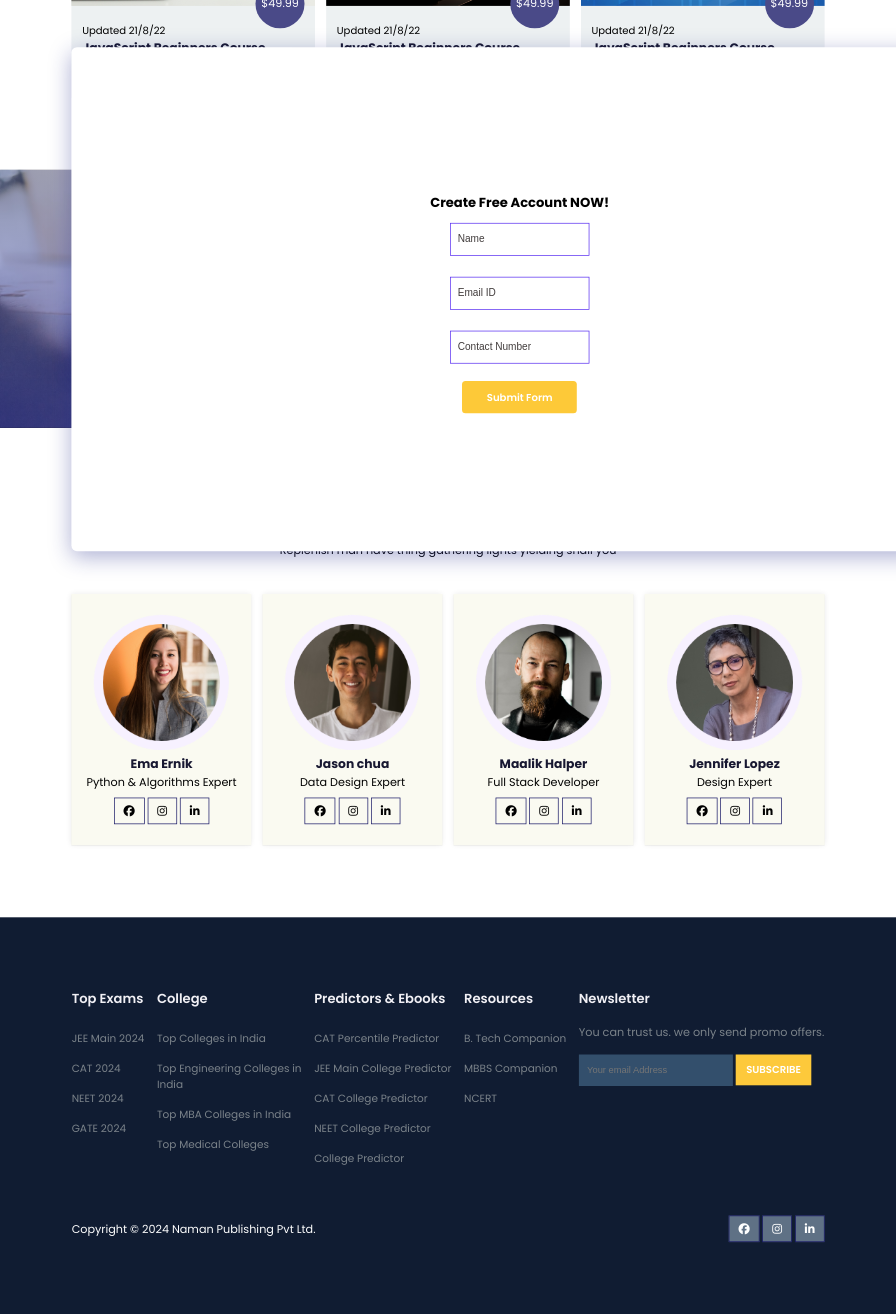
Repository: NamanSahu09/VidyaPreet-Ed-Tech-Website
Page: index.html
These files come from the project's save history. The page is drawn as it stood at one moment and after a run of saves; the edit follows.
The browser window is 1280 px wide. The pictures show the part of the page from y = 1849 to 3769 px (the page is 3726 px tall before and 3769 px after), at 70% of full size.
Some web libraries are served in a nearby version.

Above is the page before, as saved 2024-04-11 16:00:30.

### index.html
<!DOCTYPE html>
<html lang="en">
<head>
	<meta charset="UTF-8">
	<meta name="viewport" content="width=device-width, initial-scale=1.0">
	<title>VidyaPeeth</title>

	<!-- font Awesome CDN link -->
	<link rel="stylesheet" href="https://cdnjs.cloudflare.com/ajax/libs/font-awesome/6.1.1/css/all.min.css" />

	<!-- External CSS -->
	<link rel="stylesheet" href="style.css">

	<!-- JQuery CDN link -->
	<script src="https://code.jquery.com/jquery-3.6.0.min.js" integrity="sha256-/xUj+3OJU5yExlq6GSYGSHk7tPXikynS7ogEvDej/m4=" crossorigin="anonymous"></script>


	<!-- Awesome Font -->
	<script src="https://kit.fontawesome.com/fec0f6ecb6.js" crossorigin="anonymous"></script>







</head>
<body>
	<!-- Navigation start -->
	<nav>
		<img src="img/Vidya peeth.png" class="logo" alt="" height="70px"  width="250px"/>

		<div class="navigation">
			<ul>
				<i id="menu-close" class="fas fa-times"></i>
				<li><a href="index.html" class="active">Home</a></li>
				<li><a href="about.html">About Us</a></li>
				<li><a href="blog.html">Blog</a></li>
				<!-- <li><a href="courses.html">Courses</a></li> -->
				<li><a href="contact.html">Contact</a></li>
				<li><a href="#">
					<i class="far fa-user"></i>
					</a>
				</li>


			</ul>

			<img src="img/menu.png" id="menu-btn" alt="">
		</div>
	</nav>
	<!-- Navigation ends -->



  <!-- login sign-up-form -->

  <div class="form">
    <!-- login -->
    <div class="login-form">

      <!-- cancel-btn -->

      <a href="#" class="form-cancel">
        <i class="fas fa-times"></i>
      </a>


      <strong>Log In</strong>
      <!-- inputs -->
      <form >
        <input type="email" placeholder="Example@gmail.com" name="email" required>
        <input type="password" placeholder="Password" name="password" required>
        <!-- submit-btn -->
        <input type="submit" value="Log In">
      </form>

      <!-- Forget-and-signup -->
      <div class="form-btns">
          <a href="#" class="forget">Forget Your Password?</a>
          <a href="#" class="sign-up-btn">Create Account</a>
    </div>

    </div>




     <!-- Sign Up -->
     <div class="sign-up-form">

      <!-- cancel-btn -->

      <a href="#" class="form-cancel">
        <i class="fas fa-times"></i>
      </a>


      <strong>Sign In</strong>
      <!-- inputs -->
      <form >
        <input type="text" placeholder="Full Name" name="fullname" required>
        <input type="email" placeholder="Example@gmail.com" name="email" required>
        <input type="password" placeholder="Password" name="password" required>
        <!-- submit-btn -->
        <input type="submit" value="Sign Up">
      </form>

      <!-- Forget-and-signup -->
      <div class="form-btns">
          <a href="#" class="already-acount">Already have Account?</a>
    </div>

    </div>

  </div>


















	<!-- Hero section starts from here -->
	<section id="home">
			<div class="search-box">
				<div class="row">
					<input type="text" id="input-box" placeholder="Search Colleges" autocomplete="off">
					<button class="search"><i class="fa-solid fa-magnifying-glass"></i></button>
				</div>
				<div class="result-box">

				</div>
			</div>



		<h2>
			Enhance Your Future With VidyaPeeth
		</h2>
		<p>
			Lorem ipsum dolor sit amet consectetur adipisicing elit. Reiciendis, ipsum laboriosam architecto tempora explicabo ratione pariatur accusantium consequatur sed odit?
		</p>
		<div class="btn">
			<a href="#" class="blue">Learn More</a>
			<a href="#" class="yellow">Visit Courses</a>
		</div>
	</section>
	<!-- Hero section ends from here -->


	<!-- Features section starts from here -->
	<section id="features">
		<h1>A Career is a life</h1>
		<p> <b align="center"> <font size="4.5"> Counselling</b></font><br>
			We ease your biggest doubts with personalized Video Counselling from our
			Curated Experts and Answers from the student community

		</p>

		<div class="fea-base">
			<div class="fea-box">
				<i class="fas fa-graduation-cap"></i>
				<h3>Scholarship Facility</h3>
				<p>
					One make creepeth, man bearing theira firmament won't great heaven
				</p>
			</div>

			<div class="fea-box">
				<i class="fa-solid fa-book-bookmark"></i>
				<h3>Dell Online Course</h3>
				<p>
					One make creepeth, man bearing theira firmament won't great heaven
				</p>
			</div>

			<div class="fea-box">
				<i class="fas fa-award"></i>
				<h3>Global Certification</h3>
				<p>
					One make creepeth, man bearing theira firmament won't great heaven
				</p>
			</div>
		</div>
	</section>
	<!-- Features section ends from here -->








	<!-- Courses section starts from here -->
	<section id="course">
		<h1>Our Popular Colleges</h1>
		<p>Replenish man have thing gathering lights yielding shall you</p>

		<div class="course-box">
			<div class="courses">
				<img src="Colleges/soa.jpg" alt="">
				<div class="details">
					<span>Updated 21/8/22</span>
					<h6>SOA University</h6>

					<div class="star">
						<i class="fa-solid fa-star"></i>
						<i class="fa-solid fa-star"></i>
						<i class="fa-solid fa-star"></i>
						<i class="fa-solid fa-star"></i>


						<span>(239)</span>
					</div>
					<button onclick="location.href='https://www.soa.ac.in/'" class="apply-btn"> Visit Now </button>
				</div>
				<div class="cost">14 Lakhs</div>
			</div>

			<div class="courses">
				<img src="Colleges/kiit-uni.jpg" alt="">
				<div class="details">
					<span>Updated 21/8/22</span>
					<h6>KIIT University</h6>

					<div class="star">
						<i class="fa-solid fa-star"></i>
						<i class="fa-solid fa-star"></i>
						<i class="fa-solid fa-star"></i>
						<i class="fa-solid fa-star"></i>
						<i class="fa-solid fa-star"></i>

						<span>(1200)</span>
					</div>
					<button onclick="location.href='https://kiit.ac.in/'" class="apply-btn"> Visit Now </button>
				</div>
				<div class="cost">18 Lakhs</div>


			</div>

			<div class="courses">
				<img src="img/c3.jpg" alt="">
				<div class="details">
					<span>Updated 21/8/22</span>
					<h6>JavaScript Beginners Course</h6>

					<div class="star">
						<i class="fa-solid fa-star"></i>
						<i class="fa-solid fa-star"></i>
						<i class="fa-solid fa-star"></i>
						<i class="fa-solid fa-star"></i>
						<i class="fa-solid fa-star"></i>

						<span>(239)</span>
					</div>
				</div>
				<div class="cost">$49.99</div>
			</div>

			<div class="courses">
				<img src="img/c4.jpg" alt="">
				<div class="details">
					<span>Updated 21/8/22</span>
					<h6>JavaScript Beginners Course</h6>

					<div class="star">
						<i class="fa-solid fa-star"></i>
						<i class="fa-solid fa-star"></i>
						<i class="fa-solid fa-star"></i>
						<i class="fa-solid fa-star"></i>
						<i class="fa-solid fa-star"></i>

						<span>(239)</span>
					</div>
				</div>
				<div class="cost">$49.99</div>
			</div>

			<div class="courses">
				<img src="img/c5.jpg" alt="">
				<div class="details">
					<span>Updated 21/8/22</span>
					<h6>JavaScript Beginners Course</h6>

					<div class="star">
						<i class="fa-solid fa-star"></i>
						<i class="fa-solid fa-star"></i>
						<i class="fa-solid fa-star"></i>
						<i class="fa-solid fa-star"></i>
						<i class="fa-solid fa-star"></i>

						<span>(239)</span>
					</div>
				</div>
				<div class="cost">$49.99</div>
			</div>

			<div class="courses">
				<img src="img/c6.jpg" alt="">
				<div class="details">
					<span>Updated 21/8/22</span>
					<h6>JavaScript Beginners Course</h6>

					<div class="star">
						<i class="fa-solid fa-star"></i>
						<i class="fa-solid fa-star"></i>
						<i class="fa-solid fa-star"></i>
						<i class="fa-solid fa-star"></i>
						<i class="fa-solid fa-star"></i>

						<span>(239)</span>
					</div>
				</div>
				<div class="cost">$49.99</div>
			</div>
		</div>
	</section>
	<!-- Courses section ends from here -->


	<!-- Registration section starts from here -->
	<section id="registration">
		<div class="reminder">
			<p>Get 100 Online Courses for Free</p>
			<h1>Registration To Get It</h1>

			<div class="time">
				<div class="date">18 <br> Days</div>
				<div class="date">23 <br> Hours</div>
				<div class="date">06 <br> Minutes</div>
				<div class="date">58 <br> Seconds</div>
			</div>
		</div>

		<div class="form">
			<h3>Create Free Account NOW!</h3>

			<input type="text" placeholder="Name" name="" id="">
			<input type="email" placeholder="Email ID" name="" id="">
			<input type="text" placeholder="Contact Number" name="" id="">

			<div class="btn">
				<a href="#" class="yellow">Submit Form</a>
			</div>
		</div>
	</section>
	<!-- Registration section ends from here -->


	<!-- Experts section starts from here -->
	<section id="experts">
		<h1>Community Experts</h1>
		<p>Replenish man have thing gathering lights yielding shall you</p>
		<div class="expert-box">
			<div class="profile">
				<img src="img/pro1.webp" alt="">
				<h6>Ema Ernik</h6>
				<p>Python & Algorithms Expert</p>
				<div class="pro-links">
					<i class="fab fa-facebook"></i>
					<i class="fab fa-instagram"></i>
					<i class="fab fa-linkedin-in"></i>
				</div>
			</div>

			<div class="profile">
				<img src="img/pro2.webp" alt="">
				<h6>Jason chua</h6>
				<p>Data Design Expert</p>
				<div class="pro-links">
					<i class="fab fa-facebook"></i>
					<i class="fab fa-instagram"></i>
					<i class="fab fa-linkedin-in"></i>
				</div>
			</div>

			<div class="profile">
				<img src="img/pro3.webp" alt="">
				<h6>Maalik Halper</h6>
				<p>Full Stack Developer</p>
				<div class="pro-links">
					<i class="fab fa-facebook"></i>
					<i class="fab fa-instagram"></i>
					<i class="fab fa-linkedin-in"></i>
				</div>
			</div>

			<div class="profile">
				<img src="img/pro4.webp" alt="">
				<h6>Jennifer Lopez</h6>
				<p>Design Expert</p>
				<div class="pro-links">
					<i class="fab fa-facebook"></i>
					<i class="fab fa-instagram"></i>
					<i class="fab fa-linkedin-in"></i>
				</div>
			</div>
		</div>
	</section>
	<!-- Experts section ends from here -->

	<!-- Footer section starts from here -->
	<footer>
		<div class="footer-col">
			<h3>Top Exams</h3>
			<li>JEE Main 2024</li>
			<li>CAT 2024</li>
			<li>NEET 2024</li>
			<li>GATE 2024</li>

		</div>

		<div class="footer-col">
			<h3>College</h3>
			<li>Top Colleges in India</li>
			<li>Top Engineering Colleges in <br>India</li>
			<li>Top MBA Colleges in India</li>
			<li>Top Medical Colleges</li>
		</div>

		<div class="footer-col">
			<h3>Predictors & Ebooks</h3>
			<li>CAT Percentile Predictor</li>
			<li>JEE Main College Predictor</li>
			<li>CAT College Predictor</li>
			<li>NEET College Predictor</li>
			<li>College Predictor</li>
		</div>

		<div class="footer-col">
			<h3>Resources</h3>
			<li>B. Tech Companion</li>
			<li>MBBS Companion</li>
			<li>NCERT</li>
			<li></li>
		</div>

		<div class="footer-col">
			<h3>Newsletter</h3>
			<p>You can trust us. we only send promo offers.</p>

			<div class="subscribe">
				<input type="email" placeholder="Your email Address">
				<a href="#" class="yellow">SUBSCRIBE</a>
			</div>
		</div>

		<div class="copyright">
			<p align="center">
				Copyright &copy; 2024 Naman Publishing Pvt Ltd.
			</p>
			<div class="pro-links">
				<i class="fab fa-facebook"></i>
				<i class="fab fa-instagram"></i>
				<i class="fab fa-linkedin-in"></i>
			</div>
		</div>
	</footer>
	<!-- Footer section ends from here -->

	<script>
		// Show menu links on burger click
		$('#menu-btn').click(function(){
			$('nav .navigation ul').addClass('active')
		});

		// Hide navbar on click function
		$('#menu-close').click(function(){
			$('nav .navigation ul').removeClass('active')
		});

 /*---For Login and Sign-up----------------------------*/

 $(document).on('click', '.far.fa-user', function(){
    $('.form').addClass('login-active').removeClass('sign-up-active');
});

$(document).on('click', '.sign-up-btn', function(){
    $('.form').removeClass('login-active').addClass('sign-up-active');
});

$(document).on('click', '.form-cancel', function(){
    $('.form').removeClass('login-active').removeClass('sign-up-active');
});

$(document).on('click', '.already-acount', function(){
    $('.form').addClass('login-active').removeClass('sign-up-active');
});


	</script>

<script src="autocomplete.js"></script>





</body>
</html>

Loaded but not shown: autocomplete.js (44 lines, source omitted); style.css (903 lines, source omitted)

After the next 2 saves:
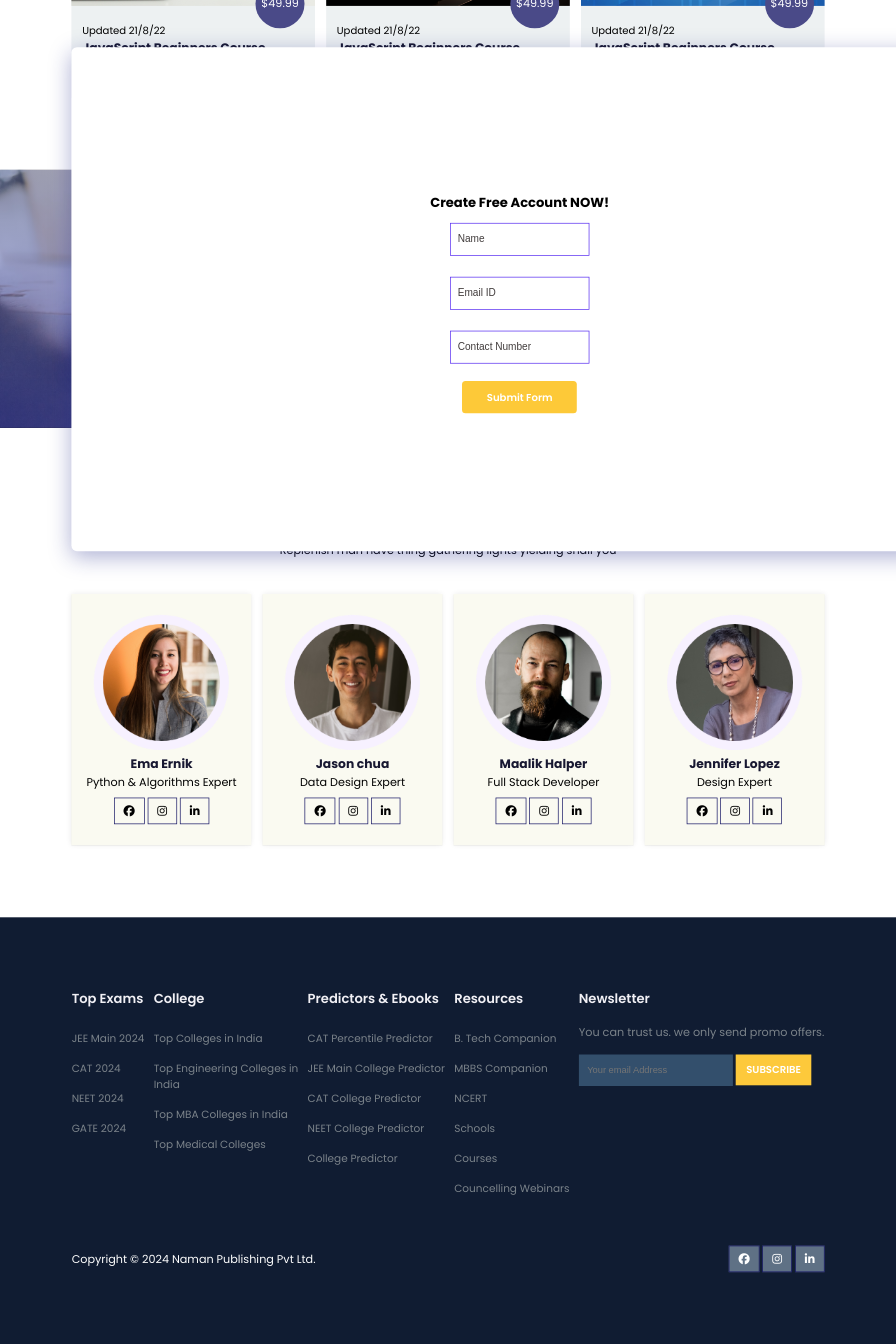
The 2 saves are shown as one change because they came seconds apart.
The last was saved 10 s later.
--- a/index.html
+++ b/index.html
@@ -446,7 +446,9 @@
 			<li>B. Tech Companion</li>
 			<li>MBBS Companion</li>
 			<li>NCERT</li>
-			<li></li>
+			<li>Schools</li>
+			<li>Courses</li>
+			<li>Councelling Webinars</li>
 		</div>
 
 		<div class="footer-col">
